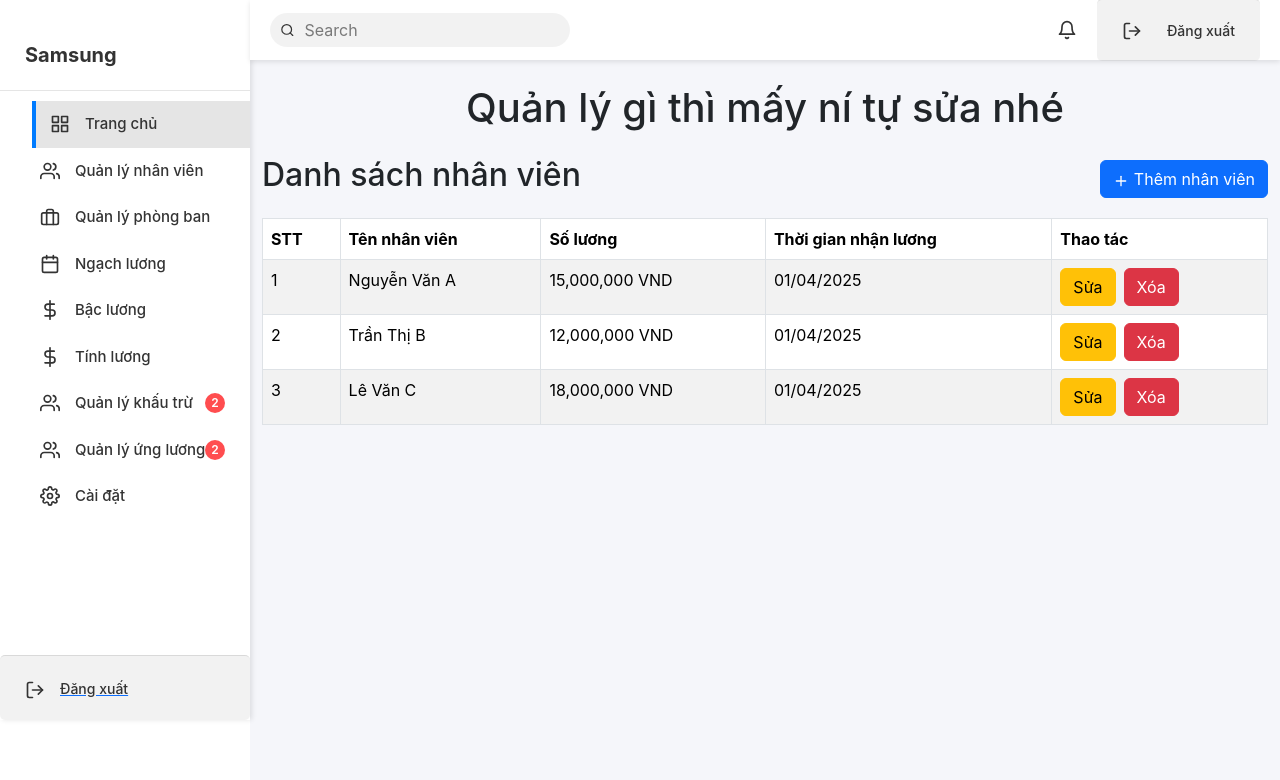
Repository: lenb2109136/HTTTQL
Page: /
The author's editor kept a copy of each file at every save. The page is drawn from the files as they stood at one save, then again after the next save.
The browser window is 1280 px wide. The pictures show the whole page.
The project was rebuilt for these pictures with package versions that can differ from the ones it lists, and the page was loaded fresh each time.

Above is the page before, as saved 2025-03-28 13:08:44.

After the next save:
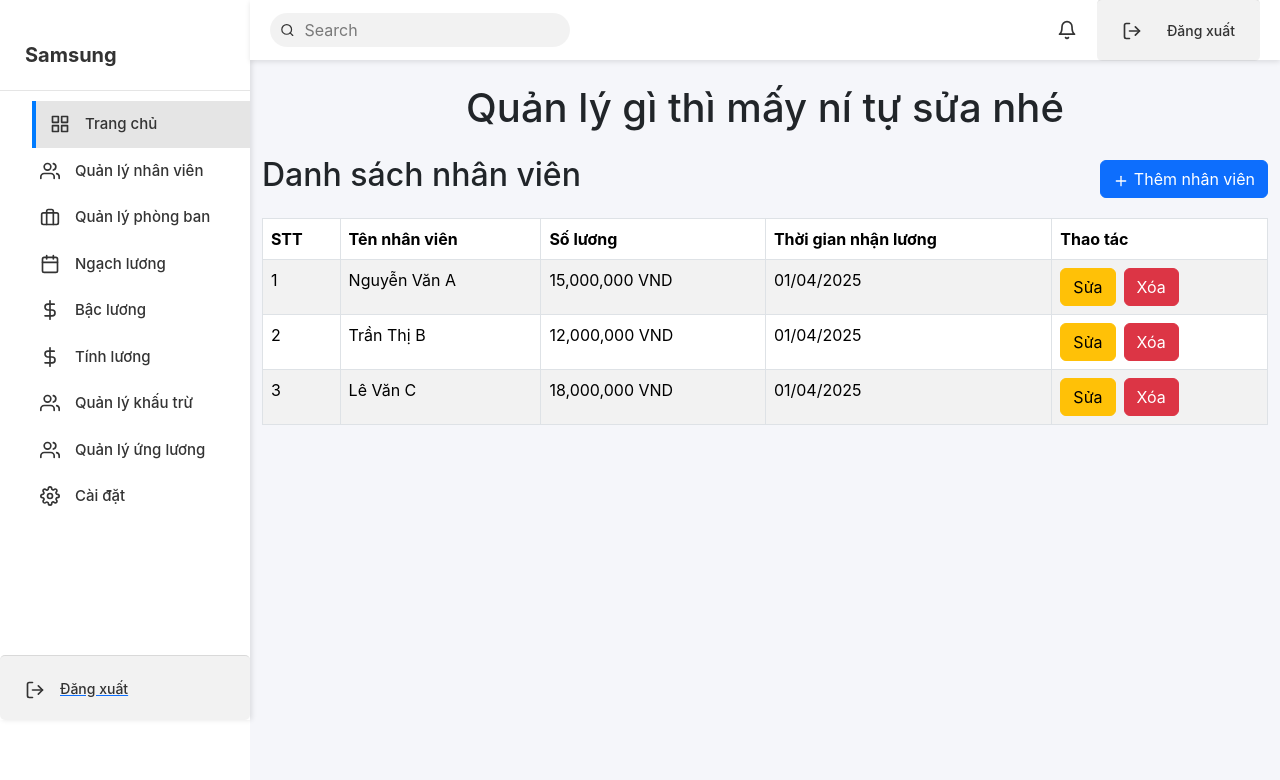
Saved 44 s later.
--- a/src/component/admin/SideBar.js
+++ b/src/component/admin/SideBar.js
@@ -64,14 +64,12 @@
           <Link to="/deductions">
             <FiUsers className="menu-icon" />
             <span>Quản lý khấu trừ</span>
-            <span className="badge">2</span>
           </Link>
         </li>
         <li className={location.pathname === '/salary-advance' ? 'active' : ''}>
           <Link to="/salary-advance">
             <FiUsers className="menu-icon" />
             <span>Quản lý ứng lương</span>
-            <span className="badge">2</span>
           </Link>
         </li>
         <li className={location.pathname === '/settings' ? 'active' : ''}>
